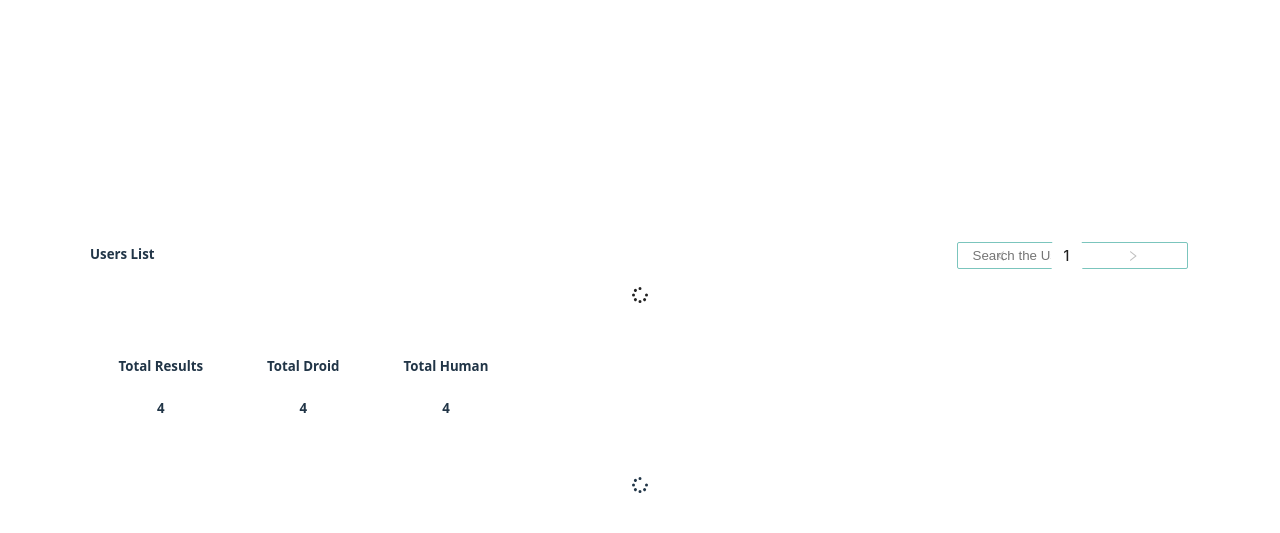
Repository: jassi73/DataTable
Page: /
These files come from the project's save history. The page is drawn as it stood at one moment and after the next save; the edit follows.
The browser window is 1280 px wide. The pictures show the whole page.
The page's requests for data from a server got no answer. The project was rebuilt for these pictures with package versions that can differ from the ones it lists, and the page was loaded fresh each time. No one was signed in, and anything a server would have sent is missing. Also part of the build but not shown: vite.config.js.

Above is the page before, as saved 2023-05-14 23:29:38.

### src/main.jsx
import './index.css'

import {
  QueryClient,
  QueryClientProvider,
} from '@tanstack/react-query'

import App from './App.jsx'
import ReactDOM from 'react-dom/client'

const queryClient = new QueryClient()
ReactDOM.createRoot(document.getElementById('root')).render(
   <QueryClientProvider client={queryClient}>
    <App />
    </QueryClientProvider>
)

### src/index.css
:root {
  font-family: Titillium, system-ui, Avenir, Helvetica, Arial, sans-serif;
  line-height: 1.5;
  font-weight: 400;

  color-scheme: light dark;
  color: rgba(255, 255, 255, 0.87);
  background-color: #242424;

  font-synthesis: none;
  text-rendering: optimizeLegibility;
  -webkit-font-smoothing: antialiased;
  -moz-osx-font-smoothing: grayscale;
  -webkit-text-size-adjust: 100%;
}

a {
  font-weight: 500;
  color: #646cff;
  text-decoration: inherit;
}
a:hover {
  color: #535bf2;
}

body {
  margin: 0;
  display: flex;
  place-items: center;
  min-width: 320px;
  min-height: 100vh;
}

h1 {
  font-size: 3.2em;
  line-height: 1.1;
}

button {
  border-radius: 8px;
  border: 1px solid transparent;
  padding: 0.6em 1.2em;
  font-size: 1em;
  font-weight: 500;
  font-family: inherit;
  background-color: #1a1a1a;
  cursor: pointer;
  transition: border-color 0.25s;
}
button:hover {
  border-color: #646cff;
}
button:focus,
button:focus-visible {
  outline: 4px auto -webkit-focus-ring-color;
}

@media (prefers-color-scheme: light) {
  :root {
    color: #213547;
    background-color: #ffffff;
  }
  a:hover {
    color: #747bff;
  }
  button {
    background-color: #f9f9f9;
  }
}

### src/App.jsx
import "./App.css";

import {
  faQuestion,
  faSpinner,
  faUser,
  faEye,
  faEyeSlash,
  faCircleExclamation,
} from "@fortawesome/free-solid-svg-icons";
import { Pagination } from 'antd';
import Datatable from "react-data-table-component";
import { FontAwesomeIcon } from "@fortawesome/react-fontawesome";
import InputBox from "./Components/InputBox";
import { useQuery } from "@tanstack/react-query";
import { useState } from "react";
import { useDebounce } from "./Hooks/useDebounce";
import SpeciesModal from "./Components/SpeciesModal";
import Card from "./Components/Card";

const App = () => {
  const [page, setPage] = useState(1);
  const [searchQuery, setSearchQuery] = useState("");
  const [openSpeciesModal, setOpenSpeciesModal] = useState(false)
  const [speciesUrl, setSpeciesUrl] = useState('')

  const debouncedSearchTerm = useDebounce(searchQuery, 800);

  let url = `https://swapi.dev/api/people/?page=${page}`;
  if (!!debouncedSearchTerm) {
    url += `&search=${debouncedSearchTerm}`;
  }

  const { isLoading, data, isError } = useQuery({
    queryKey: ["users", debouncedSearchTerm, page],
    queryFn: () => fetch(url).then((res) => res.json()),
  });


  const openModal =(url)=>{
    setSpeciesUrl(url)
    setOpenSpeciesModal(true)
  }

  const handlePagination =(page)=>{
    setPage(page)
  }

  const handleCancel = ()=>{
    setOpenSpeciesModal(false)
  }
  const handleOk = ()=>{
    setOpenSpeciesModal(false)
  }


  const columns = [
    {
      name: "Type",
      cell: (row) => {
        if (row.gender === "male" || row.gender === "female") {
          return (
            <div>
              <FontAwesomeIcon icon={faUser} />
            </div>
          );
        } else {
          return (
            <div>
              <FontAwesomeIcon icon={faQuestion} />
            </div>
          );
        }
      },
    },
    {
      name: "Name",
      selector: (row) => (row.name ? row.name : ""),
      sortable: true,
    },
    {
      name: "Gender",
      selector: (row) => row.gender,
      sortable: true,
    },
    {
      name: "Height",
      selector: (row) => row.height,
      sortable: true,
    },
    {
      name: "DOB",
      selector: (row) => row.birth_year,
      sortable: true,
    },
    {
      name: "Eye Color",
      selector: (row) => row.eye_color,
    },
    {
      name: "Hair Color",
      selector: (row) => row.hair_color,
    },
    {
      name: "Skin Color",
      selector: (row) => row.skin_color,
    },
    {
      name: "Mass",
      selector: (row) => row.mass,
    },
    {
      name: "Species",
      cell: (row) => {
        if (row?.species &&row?.species.length>0) {
          return (
            <div>
              <FontAwesomeIcon icon={faEye} onClick={()=>openModal(row?.species[0])} />
            </div>
          );
        } else {
          return (
            <div>
              <FontAwesomeIcon icon={faEyeSlash} />
            </div>
          );
        }
      },
    },

  ];

  return (
    <div>
      <div className="header">
        <h5>Users List</h5>
        <InputBox
          value={searchQuery}
          placeholder="Search the User"
          onChange={(e) => {
            setPage(1)
            setSearchQuery(e.target.value)
            }}
        />
      </div>
      {isError&& <FontAwesomeIcon icon={faCircleExclamation} />}
      <Datatable
        selectableRows
        fixedHeader={true}
        data={data?.results}
        columns={columns}
        responsive
        progressPending={isLoading}
        progressComponent={<FontAwesomeIcon icon={faSpinner} />}
      />
      <div>
      <Pagination className="paginationCard" current={page} showSizeChanger={false} pageSize={10} total={data?.count} onChange={handlePagination} />
      </div>
      <div className="cardContainer">
<Card cardName="Total Results" count={4}/>
<Card cardName="Total Droid" count={4}/>
<Card cardName="Total Human" count={4}/>
      </div>
      <SpeciesModal open={openSpeciesModal} handleCancel={handleCancel} handleOk={handleOk} speciesUrl={speciesUrl} />
    </div>
  );
};
export default App;

### src/App.css
@import url("https://fonts.googleapis.com/css?family=Titillium+Web:200,600");
#root {
  max-width: 1280px;
  margin: 0 auto;
  padding: 2rem;
  text-align: center;
}

.logo {
  height: 6em;
  padding: 1.5em;
  will-change: filter;
  transition: filter 300ms;
}
.logo:hover {
  filter: drop-shadow(0 0 2em #646cffaa);
}
.logo.react:hover {
  filter: drop-shadow(0 0 2em #61dafbaa);
}
.header{
  display: flex;
  width:1107px;
}
.dataTable{
  min-height:0vh !important;
}

.paginationCard{
  position: absolute;
  text-align: right;
  margin-top: -63px;
  z-index: 2;
  width: 85%;
}
.header h5 {

  width: 7%;
}
tr {
  text-align:center;
  border:1px solid #000;
}
table{
  width:100%
}
.cardContainer{
  display: flex;
}
.dcwxpB{

  position: relative;
    width: 100%;
    border-radius: inherit;
    overflow-x: auto;
    overflow-y: auto;
    min-height: 100vh !important;
    max-height: 100vh;
}
@keyframes logo-spin {
  from {
    transform: rotate(0deg);
  }
  to {
    transform: rotate(360deg);
  }
}
.hWTGA-D {
  display: flex;
    align-items: stretch;
    width: 100%;
    background-color: #7bc5bd !important;
    min-height: 52px;
    border: 1px solid rgba(41, 36, 36, 0.12);
}
.sc-kRYBTm {
 cursor: pointer;
    border: 1px solid rgba(0,0,0,.12);
}
.kpGYlU{
  flex: 1 0 auto;
  font-weight: 400;
  text-align: left !important;
}
.inputBox{
  position: relative;
  text-align: right;
  width: 100%;
  margin-top: 13px;
  padding: 6px;
}
.inputBox input{
  padding-left: 15px;
  width: 212px;
  height: 23px;
  border-radius: 2px;
  border: 1px solid #7bc5bd;
}
ul{
  display: flex;
    list-style: none;
    gap: 26px;
    justify-content: flex-end;
}
@media (prefers-reduced-motion: no-preference) {
  a:nth-of-type(2) .logo {
    animation: logo-spin infinite 20s linear;
  }
}

.card {
  padding: 2em;
}

.read-the-docs {
  color: #888;
}

### src/Components/InputBox.jsx


const InputBox = (props) => {
    const {placeholder, onChange, value} = props
  return (
    <div className="inputBox">
       <input type="text" value={value} placeholder={placeholder} onChange={onChange} />
    </div>
  )
}

export default InputBox

### src/Hooks/useDebounce.jsx
import { useEffect, useState } from "react";

// Hook
export function useDebounce(value, delay) {
    // State and setters for debounced value
    const [debouncedValue, setDebouncedValue] = useState(value);
    useEffect(
      () => {
        // Update debounced value after delay
        const handler = setTimeout(() => {
          setDebouncedValue(value);
        }, delay);
        return () => {
          clearTimeout(handler);
        };
      },
      [value, delay] // Only re-call effect if value or delay changes
    );
    return debouncedValue;
  }

### src/Components/SpeciesModal.jsx
import { Modal } from "antd";
import { useQuery } from "@tanstack/react-query";
import { FontAwesomeIcon } from "@fortawesome/react-fontawesome";
import {
  faQuestion,
  faSpinner,

} from "@fortawesome/free-solid-svg-icons";

const SpeciesModal = ({ handleOk, open, handleCancel, speciesUrl }) => {
  const { isLoading, data } = useQuery({
    queryKey: ["species"],
    queryFn: () => fetch(speciesUrl).then((res) => res.json()),
  });

  if (isLoading) {
    return (
      <div>
        <FontAwesomeIcon icon={faSpinner} />
      </div>
    );
  }

  return (
    <Modal title="Species" open={open} onOk={handleOk} onCancel={handleCancel}>
      {!isLoading && (
        <table >
          <tr>
            <th>Type</th>
            <th>Languege</th>
            <th>Designation</th>
          </tr>
          <tr >
            <td>
              {data?.name === "Droid" && <FontAwesomeIcon icon={faQuestion} />}
            </td>
            <td>{data?.language}</td>
            <td>{data?.designation}</td>
          </tr>
        </table>
      )}
    </Modal>
  );
};

export default SpeciesModal;

### src/Components/Card.jsx

const Card = (props) => {
    const {cardName, count} = props
  return (
    <div className="card">
        <h5>{cardName}</h5>
        <h5>
            {count}
        </h5>
    </div>
  )
}

export default Card

Loaded but not shown: index.html (common file)

After the next save:
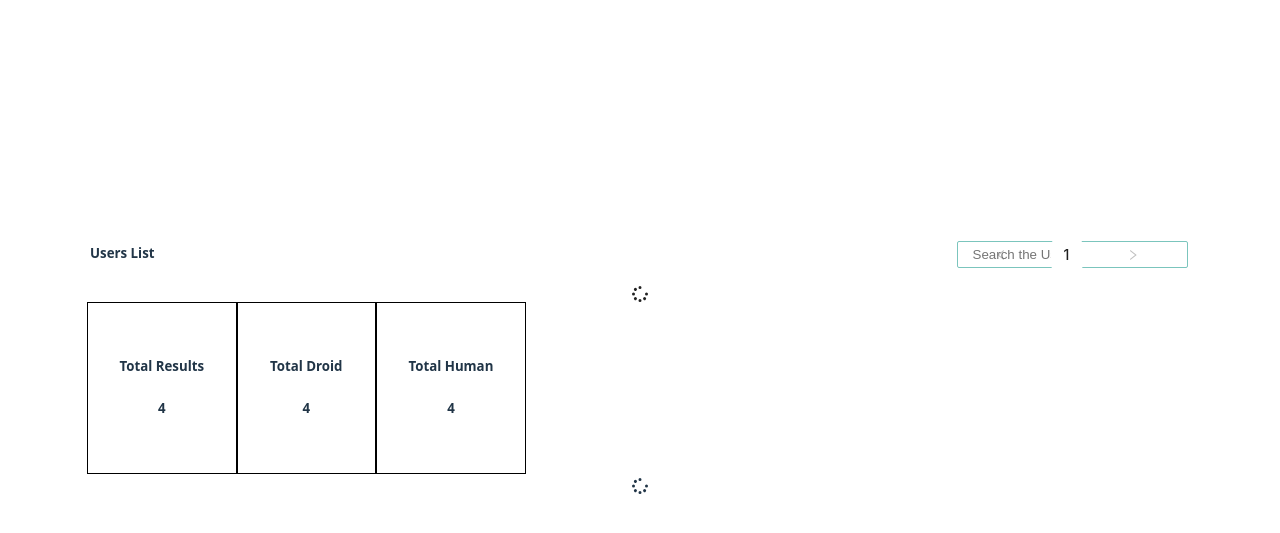
Saved 11 s later.
--- a/src/App.css
+++ b/src/App.css
@@ -46,6 +46,11 @@ table{
 }
 .cardContainer{
   display: flex;
+}
+.card{
+  border: 1px solid #000;
+  padding: 14px;
+}
 }
 .dcwxpB{
 
